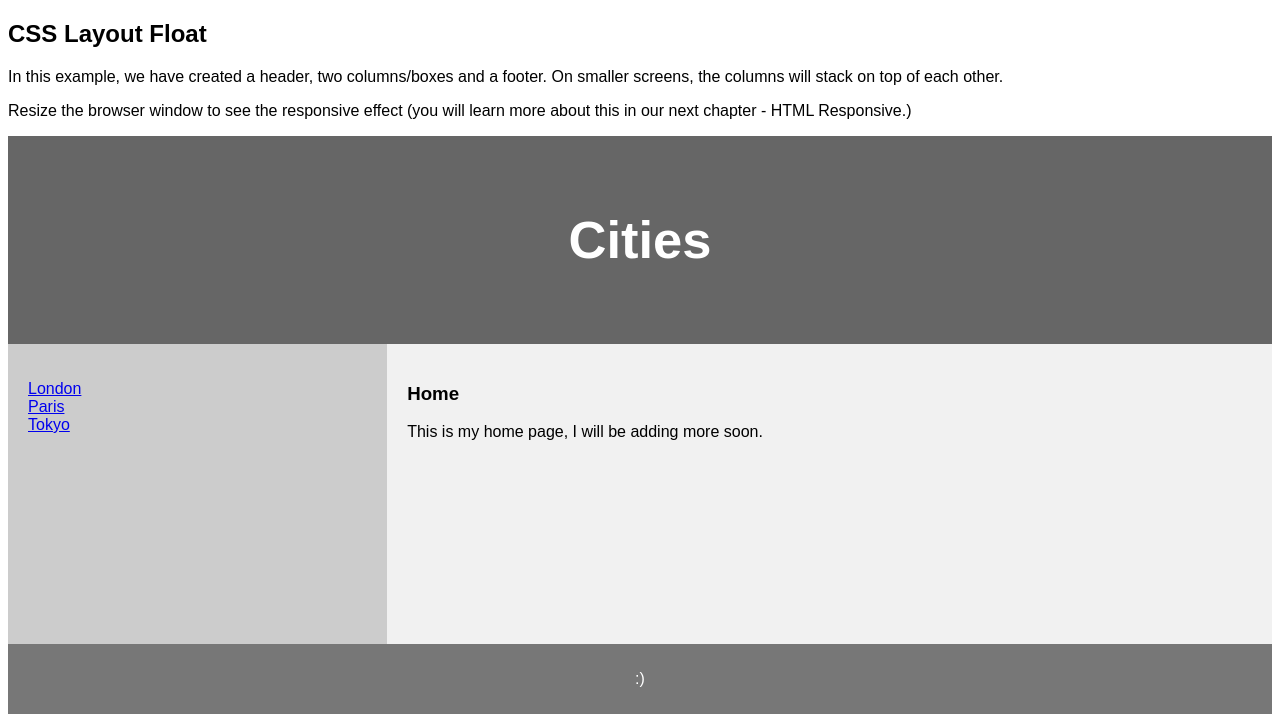
Repository: Cedric-floressantos/Cedric-floressantos.github.io
Page: my_website/index.html
The author's editor kept a record of every edit. The page is drawn from the files as they stood at one moment, then again after the next edit.
The browser window is 1280 px wide. The pictures show the whole page.

Above is the page before.

After the next edit:
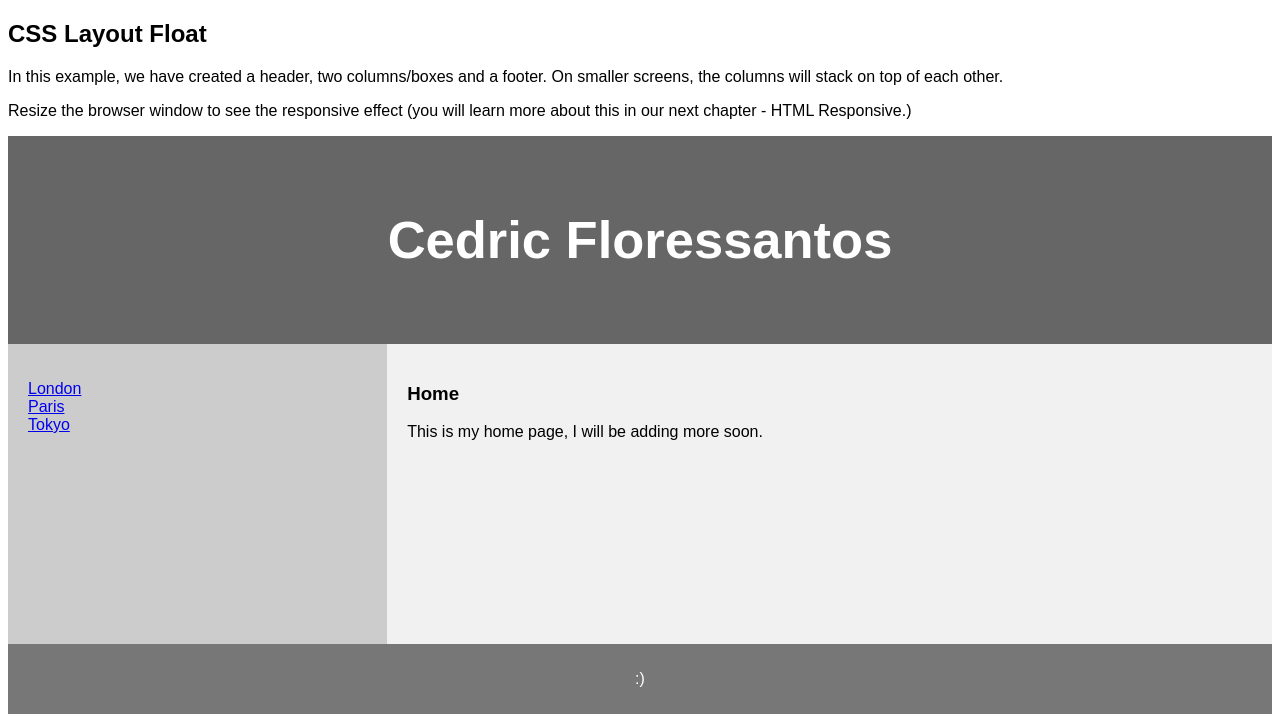
The edit:
--- a/my_website/index.html
+++ b/my_website/index.html
@@ -76,7 +76,7 @@
 <p>Resize the browser window to see the responsive effect (you will learn more about this in our next chapter - HTML Responsive.)</p>
 
 <header>
-  <h2>Cities</h2>
+  <h2>Cedric Floressantos</h2>
 </header>
 
 <section>
